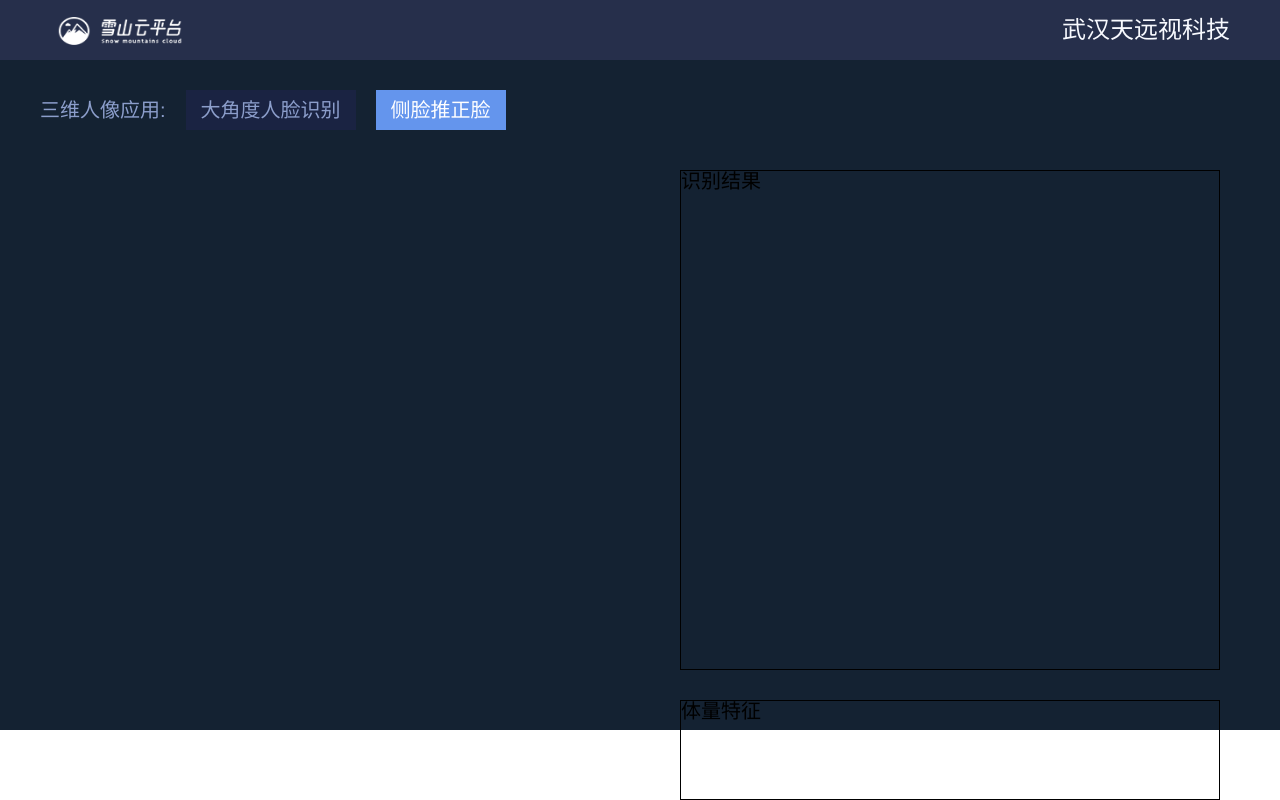
Repository: fyt2020/pubilcDemlo
Page: /#/face
An editor plug-in stored every save of this project. The page is shown before and after the next save, followed by the edit.
The browser window is 1280 px wide. The pictures show the whole page.
The project was rebuilt for these pictures with package versions that can differ from the ones it lists, and the page was loaded fresh each time.

Above is the page before, as saved 2020-04-28 10:32:44.

After the next save:
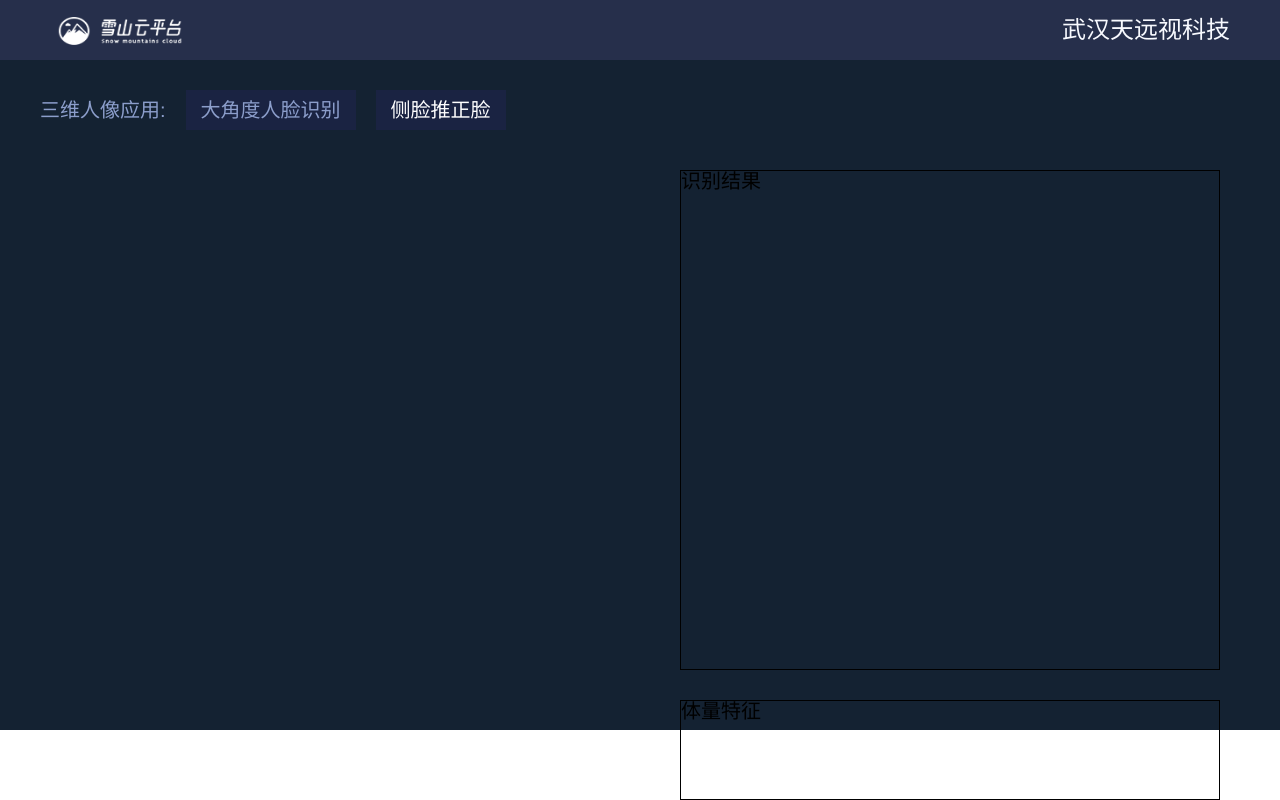
Saved 17 s later.
--- a/src/assets/css/home.scss
+++ b/src/assets/css/home.scss
@@ -51,7 +51,6 @@
         }
         &__item.exactActive{
              display: flex;
-             background-color: cornflowerblue;
              color: #fff;
         }
     }
